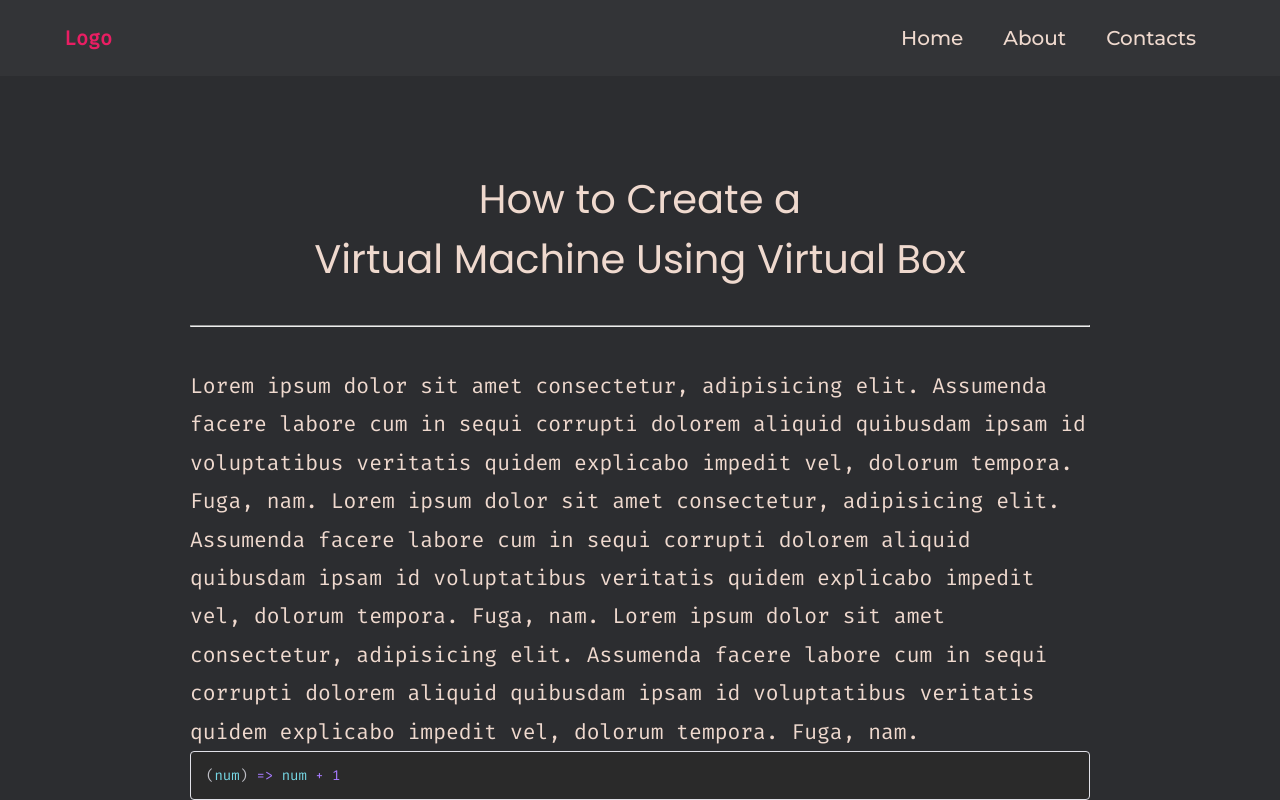
Repository: BuddyBob/thavasantonio
Page: /#/virtual-machine
These files come from the project's save history. The page is drawn as it stood at one moment and after a run of saves; the edit follows.
The browser window is 1280 px wide. The pictures show the whole page.
The project was rebuilt for these pictures with package versions that can differ from the ones it lists, and the page was loaded fresh each time. A package was used in the major version that the imports need, not the one package.json lists. Also part of the build but not shown: src/components/Card.js, src/Home.js.

Above is the page before, as saved 2021-08-20 15:17:50.

### public/index.html
<!DOCTYPE html>
<html lang="en">
  <head>
    <meta charset="utf-8" />
    <link rel="icon" href="%PUBLIC_URL%/favicon.ico" />
    <meta name="viewport" content="width=device-width, initial-scale=1" />
    <meta name="theme-color" content="#000000" />
    <link rel="preconnect" href="https://fonts.googleapis.com">
    <link rel="preconnect" href="https://fonts.gstatic.com" crossorigin>
    <meta
      name="description"
      content="Web site created using create-react-app"
    />
    <!-- google fonts -->
    <link href="https://fonts.googleapis.com/css2?family=Fira+Mono&display=swap" rel="stylesheet">

    <!-- code highligter -->

    <link rel="apple-touch-icon" href="%PUBLIC_URL%/logo192.png" />
    <link rel="manifest" href="%PUBLIC_URL%/manifest.json" />
    <title>thavasantonio</title>
  </head>
  <body>
    <noscript>You need to enable JavaScript to run this app.</noscript>
    <div id="root"></div>
  </body>
</html>

### src/index.css
:root {
  --background-color: #2c2d30;
  --text-color: #EFD9CE;
  --highlight-color: #e91e63;
  --white: white;
}

* {
  margin: 0;
  padding: 0;
  font-family: "Fira Mono","Poppins", sans-serif;
}

body {
  justify-content: center;
  align-items: center;
  background: var(--background-color);
}
.post-title{
  font-family: "Poppins", "Fira Mono", sans-serif;
  color:var(--text-color);
  font-size:2.5em;
  margin-top:7%;
  margin-bottom:4%;

}

p{
  font-family: "Fira Mono", "Poppins", sans-serif;
  font-size:16pt;
  color: var(--text-color);
  line-height:180%;
  margin-top:40px;
}

/*
.########.....###....##....##.##....##.########.########.
.##.....##...##.##...###...##.###...##.##.......##.....##
.##.....##..##...##..####..##.####..##.##.......##.....##
.########..##.....##.##.##.##.##.##.##.######...########.
.##.....##.#########.##..####.##..####.##.......##...##..
.##.....##.##.....##.##...###.##...###.##.......##....##.
.########..##.....##.##....##.##....##.########.##.....##
*/
.img-container {
  position: relative;
  height:100%;
  margin-bottom:100px;
  margin-top:50px;
}

.inner-container {
  text-align: center;
  position: relative;
  width: 100%;
  color: var(--white);

}

h1 {
  font-size: 4em;
}

h2 {
  margin-top:20px;
  font-size: 1.7em;
  text-align: center;
  font-weight: 400;
}

@media screen and (max-width:1260px){
  h1{
    font-size: 3em;
  }
  h2{
    font-size: 1.4em;
  }
}
@media only screen and (max-width:920px){
  .inner-container{
    margin-top: 100px;
  }
}

@media only screen and (max-width:540px){
  .inner-container{
    margin-top:150px;
  }
  h1{
    font-size: 2.5em;
  }
  h2{
    font-size: 1.4em;
  }
}

### src/components/Card.css
@import url("https://fonts.googleapis.com/css2?family=Poppins:wght@300;400;500;700;800&display=swap");

body .card-container {
  display: flex;
  justify-content: center;
  align-items: center;
  flex-wrap: wrap;
  margin: 40px 0;
  background-color:yellow
}

body .card-container .card {
  background-color:green;
  position: relative;
  min-width: 340px;
  height: 400px;
  border-radius: 15px;
  margin: 40px;
  transition: 0.5s;
  bottom:50px;
}



body .card-container .card .box {
  position: absolute;
  top: 20px;
  left: 0px;
  right: 0px;
  bottom: 20px;
  border-radius: 20px;
  display: flex;
  justify-content: center;
  align-items: center;
  overflow: hidden;
  transition: 0.2s;
  background: rgba(255, 255, 255, 0.03);
}

body .card-container .card .box:hover {
  transform: translateY(-20px);
}

body .card-container .card .box:before {
  content: "";
  position: absolute;
  top: 0;
  left: 0;
  width: 50%;
  height: 100%;
  background: rgba(255, 255, 255, 0.03);
}

body .card-container .card .box .content {
  padding: 20px;
  text-align: center;
}


body .card-container .card .box .content h3 {
  font-size: 2rem;
  color: var(--text-color);
  z-index: 1;
  transition: 0.5s;
  margin-bottom: 15px;
}

body .card-container .card .box .content p {
  font-size: 1rem;
  font-weight: 300;
  color: var(--text-color);
  z-index: 1;
  transition: 0.5s;
}

.card-button {
  position: relative;
  display: inline-block;
  padding: 8px 20px;
  background-color: #e91e63;
  border-radius: 5px;
  text-decoration: none;
  color: white;
  margin-top: 20px;
  box-shadow: 0 10px 20px rgba(0, 0, 0, 0.2);
  transition: 0.5s;
}
.card-button:hover {
  box-shadow: 0 10px 20px rgba(0, 0, 0, 0.6);
  background: var(--text-color);
  color: #000;
}

### src/components/NavBar.css
@import url('https://fonts.googleapis.com/css2?family=Montserrat:wght@500&display=swap');w

li, a{
    font-family: "Montserrat", sans-serif;
    color:var(--text-color);
    font-size: 20px;
    text-decoration:none;
}
header {
    display:flex;
    justify-content:flex-end;
    align-items:center;
    padding:26px 5%;
    background-color:rgba(255, 255, 255, 0.03)
}

.logo{
    cursor:pointer;
    margin-right:auto;
    font-size: 20px;
    color:var(--highlight-color)
}

.nav_links{
    list-style:none;
}

.nav_links li{
    display:inline-block;
    padding:0px 20px;
}

.nav_links li a{
    transition: all 0.3s ease 0s;
}

.nav_links li a:hover{
    color:var(--highlight-color)
}

### src/components/Pages/Virtual-Machine/VM.js
import React from 'react'
import NavBar from '../../NavBar'
import { Prism as SyntaxHighlighter } from 'react-syntax-highlighter';
import  { xonokai } from 'react-syntax-highlighter/dist/esm/styles/prism';
import './VM.css'
const codeString = '(num) => num + 1';
export default function VM() {
    return (
        <div>
            <NavBar/>
            <div className="post-container">
                <div className="post-inner">
                    <div className="content">
                        <h2 className="post-title">How to Create a<br/> Virtual Machine Using Virtual Box</h2>
                        <hr/>
                        <p>
                            Lorem ipsum dolor sit amet consectetur, adipisicing elit. Assumenda facere labore cum in sequi corrupti dolorem aliquid quibusdam ipsam id voluptatibus veritatis quidem explicabo impedit vel, dolorum tempora. Fuga, nam.
                            Lorem ipsum dolor sit amet consectetur, adipisicing elit. Assumenda facere labore cum in sequi corrupti dolorem aliquid quibusdam ipsam id voluptatibus veritatis quidem explicabo impedit vel, dolorum tempora. Fuga, nam.
                            Lorem ipsum dolor sit amet consectetur, adipisicing elit. Assumenda facere labore cum in sequi corrupti dolorem aliquid quibusdam ipsam id voluptatibus veritatis quidem explicabo impedit vel, dolorum tempora. Fuga, nam.
                        </p>
                        <SyntaxHighlighter language="javascript" style={xonokai}>
                        {codeString}
                        </SyntaxHighlighter>
                    </div>
                </div>
            </div>
        </div>
    )
}

### src/components/NavBar.js
import React from 'react'
import { Link } from 'react-router-dom'
export default function NavBar() {
    return (
        <div>
            <header>
                <h4 className="logo">Logo</h4>
                <nav>
                    <ul className="nav_links">
                        <li><Link to="/">Home</Link></li>
                        <li><Link to="/about">About</Link></li>
                        <li><Link to="/contacts">Contacts</Link></li>
                    </ul>
                </nav>
            </header>
        </div>
    )
}

### src/components/Pages/Virtual-Machine/VM.css
body .post-container {
    display: flex;
    justify-content: center;
    align-items: center;
    flex-wrap: wrap;
    margin: 40px 0;
}

body .post-container .post-inner {
    position: relative;
    max-width: 900px;
    height: 400px;
    border-radius: 15px;
    margin: 40px;
    transition: 0.5s;
    bottom:50px;
}

body .post-container .post-inner .content{
}

Loaded but not shown: src/index.js (common file); src/App.js (common file)

After the next 2 saves:
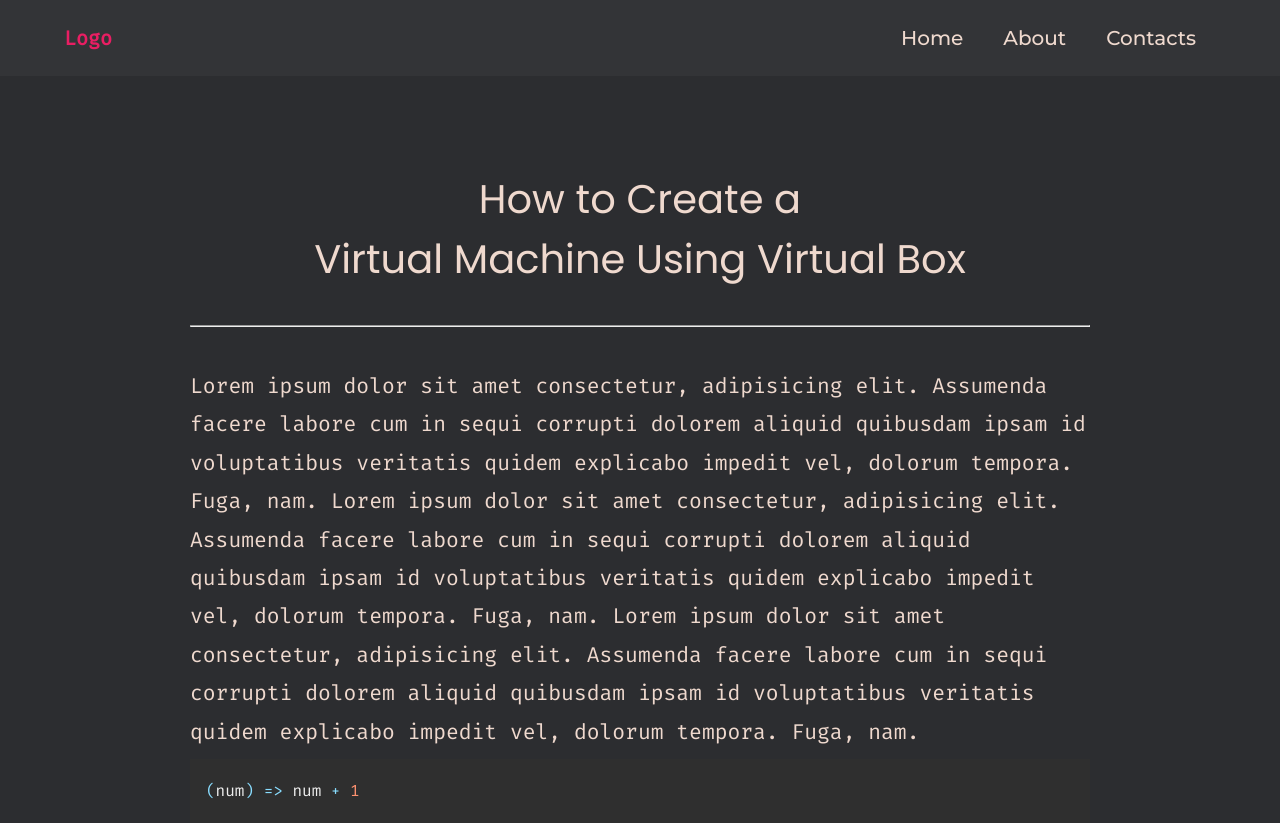
The 2 saves are shown as one change because 1 did not build or start.
The last was saved 17 s later.
--- a/src/components/Pages/Virtual-Machine/VM.js
+++ b/src/components/Pages/Virtual-Machine/VM.js
@@ -1,7 +1,7 @@
 import React from 'react'
 import NavBar from '../../NavBar'
 import { Prism as SyntaxHighlighter } from 'react-syntax-highlighter';
-import  { xonokai } from 'react-syntax-highlighter/dist/esm/styles/prism';
+import  { materialDark } from 'react-syntax-highlighter/dist/esm/styles/prism';
 import './VM.css'
 const codeString = '(num) => num + 1';
 export default function VM() {
@@ -18,7 +18,7 @@ export default function VM() {
                             Lorem ipsum dolor sit amet consectetur, adipisicing elit. Assumenda facere labore cum in sequi corrupti dolorem aliquid quibusdam ipsam id voluptatibus veritatis quidem explicabo impedit vel, dolorum tempora. Fuga, nam.
                             Lorem ipsum dolor sit amet consectetur, adipisicing elit. Assumenda facere labore cum in sequi corrupti dolorem aliquid quibusdam ipsam id voluptatibus veritatis quidem explicabo impedit vel, dolorum tempora. Fuga, nam.
                         </p>
-                        <SyntaxHighlighter language="javascript" style={xonokai}>
+                        <SyntaxHighlighter language="javascript" style={materialDark}>
                         {codeString}
                         </SyntaxHighlighter>
                     </div>
